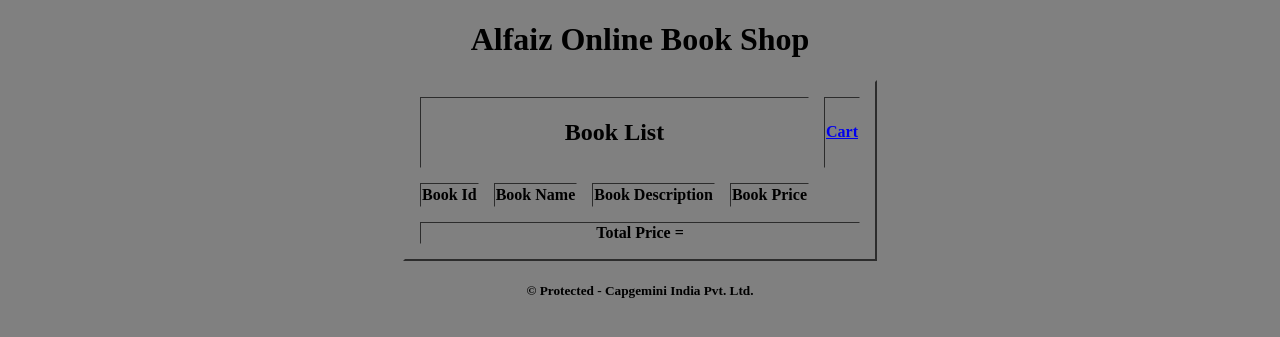
Repository: Rccalfa123/OnlineShopingCart
Page: http://localhost/OnlineBookShopping_Servlet-JSP/home.jsp
An editor plug-in stored every save of this project. The page is shown before and after the next save, followed by the edit.
The browser window is 1280 px wide. The pictures show the whole page.
The page is served by Tomcat 9. Other server files are loaded and not shown.

Above is the page before, as saved 2018-08-09 13:24:08.

### OnlineBookShopping_Servlet-JSP/WebContent/home.jsp
<%@ page language="java" contentType="text/html; charset=ISO-8859-1"
	pageEncoding="ISO-8859-1"%>
<%@taglib prefix="alfa" uri="http://java.sun.com/jsp/jstl/core"%>
<!DOCTYPE html>
<html>
<head>
<style type="text/css">

body {
	background-color: grey;
}


</style>

<meta charset="ISO-8859-1">
<title>Online Book Shop</title>
</head>
<body>
     <jsp:include page="header.jsp"></jsp:include>
	<form action=".app" method="get">

		<div>
			<table cellspacing="15" align = "center" border="2" >
				<tr>
					<th colspan="4" height="35"><h2>Book List</h2></th>
					<th><a href="Cart.jsp">Cart ${sessionScope.counter}</a> </th>
				</tr>
			  <tr>
					<th height="20">Book Id</th>
					<th height="20">Book Name</th>
					<th height="20">Book Description</th>
					<th height="20">Book Price</th>

				</tr>

			<alfa:forEach var="books"  items="${sessionScope.availableBooks}">
			<tr>
					<td align="center">${books.bookId}</td>
					<td align="center">${books.bookName}</td>
					<td align="center">${books.bookDescription}</td>
					<td align="center">${books.bookPrice}</td>
					<td align="center"  colspan="2"><a href="addnew.app?bookId=${books.bookId}">Add to Cart</a></td>
			</tr>
			</alfa:forEach>
			 <tr > <th colspan="6"> Total Price = ${sessionScope.price} </th></tr>
					</table>
		</div>

	</form>
<jsp:include page="footer.html"></jsp:include>

</body>
</html>

### OnlineBookShopping_Servlet-JSP/WebContent/header.jsp
<%@taglib prefix="jstl" uri="http://java.sun.com/jsp/jstl/core" %>
<div align="center">
	<h1>Alfaiz Online Book Shop</h1>
</div>

### OnlineBookShopping_Servlet-JSP/WebContent/footer.html
<div align="center">
<h5>&copy; Protected - Capgemini India Pvt. Ltd.</h5>
</div>

After the next save:
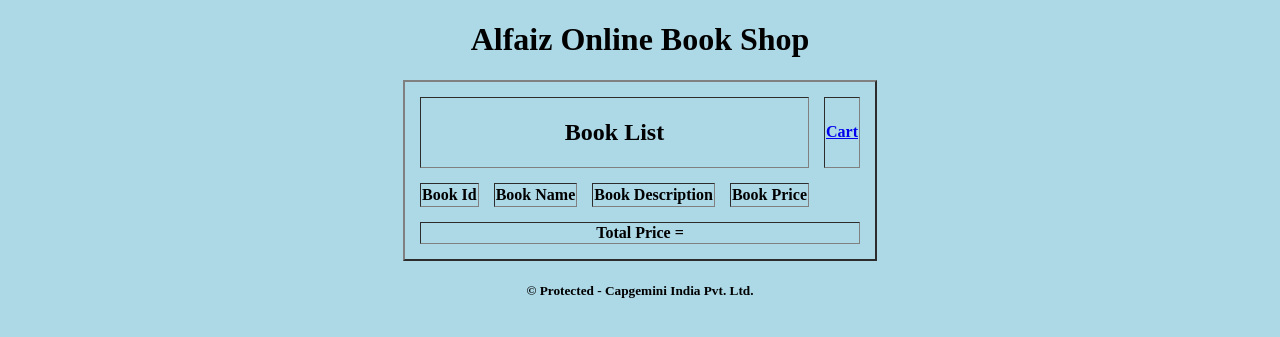
Saved 84 s later.
--- a/OnlineBookShopping_Servlet-JSP/WebContent/home.jsp
+++ b/OnlineBookShopping_Servlet-JSP/WebContent/home.jsp
@@ -7,7 +7,7 @@
 <style type="text/css">
 
 body {
-	background-color: grey;
+	background-color: lightBlue;
 }
 
 
